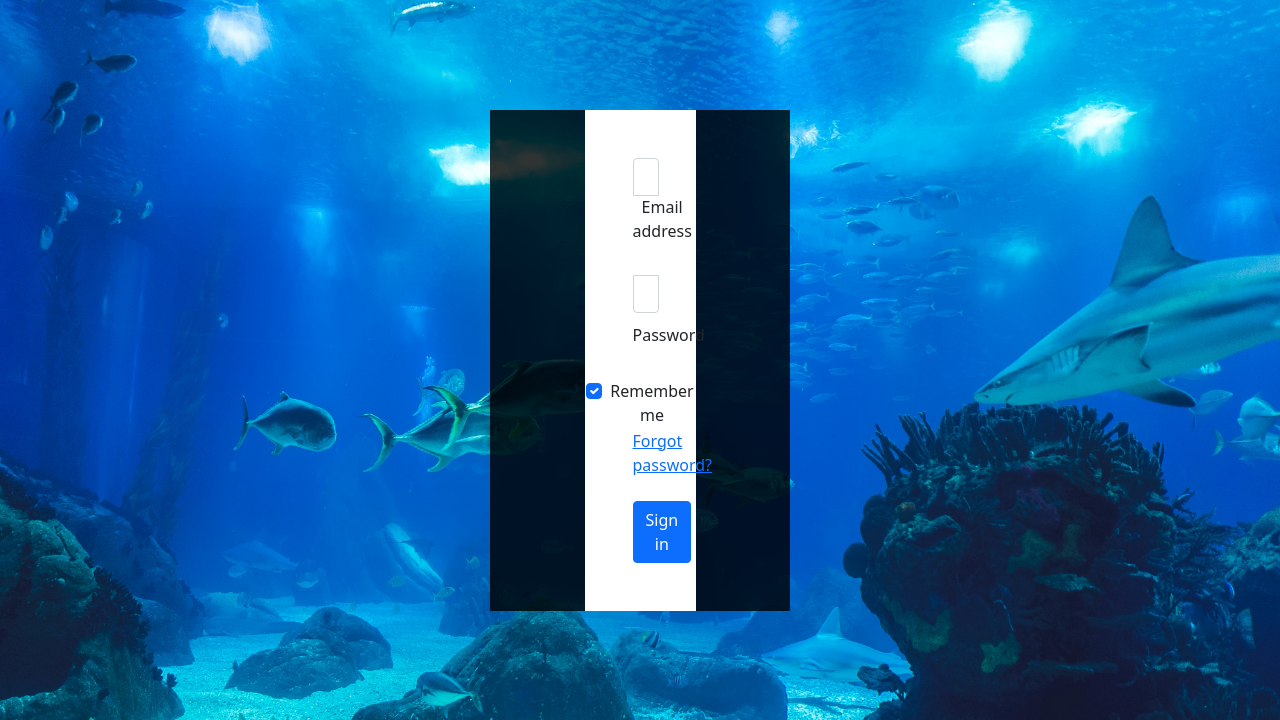
Repository: Elie-Dey/airblio
Page: index.html
These files come from the project's save history. The page is drawn as it stood at one moment and after the next save; the edit follows.
The browser window is 1280 px wide. The pictures show the whole page.

Above is the page before, as saved 2022-03-30 16:30:58.

### index.html
<!DOCTYPE html>
<html lang="en">
  <head>
    <meta charset="utf-8" />
    <meta name="viewport" content="width=device-width, initial-scale=1" />
    <meta name="description" content="" />
    <meta
      name="author"
      content="Mark Otto, Jacob Thornton, and Bootstrap contributors"
    />
    <meta name="generator" content="Hugo 0.84.0" />
    <title>Signin Template · Bootstrap v5.0</title>

    <!-- <link
      rel="canonical"
      href="https://getbootstrap.com/docs/5.0/examples/sign-in/"
    /> -->

    <!-- Bootstrap core CSS -->
    <link
      href="https://cdn.jsdelivr.net/npm/bootstrap@5.1.3/dist/css/bootstrap.min.css"
      rel="stylesheet"
      integrity="sha384-1BmE4kWBq78iYhFldvKuhfTAU6auU8tT94WrHftjDbrCEXSU1oBoqyl2QvZ6jIW3"
      crossorigin="anonymous"
    />

    <style>
      .bd-placeholder-img {
        font-size: 1.125rem;
        text-anchor: middle;
        -webkit-user-select: none;
        -moz-user-select: none;
        user-select: none;
      }

      @media (min-width: 768px) {
        .bd-placeholder-img-lg {
          font-size: 3.5rem;
        }
      }
      body {
        background-image: url('images/indexBackground.jpg');
            height: 100vh"
      }
    </style>

    <!-- Custom styles for this template -->
    <link href="css/connexion.css" rel="stylesheet" />
  </head>
  <body class="text-center">
    <main class="form-signin">
      <!-- <form action="dashboard.html" method="">
        <img
          class="mb-4"
          src="images/logo.png"
          alt=""
          width="200"
          height="200"
        />
        <h1 class="h3 mb-2 fw-bold">THETYS</h1>

        <div class="form-floating">
          <input
            type="email"
            class="form-control"
            id="floatingInput"
            placeholder="name@example.com"
          />
          <label for="floatingInput">Identifiant</label>
        </div>
        <div class="form-floating">
          <input
            type="password"
            class="form-control"
            id="floatingPassword"
            placeholder="Password"
          />
          <label for="floatingPassword">Mot de passe</label>
        </div>

        <button class="w-100 btn btn-lg btn-primary" type="submit">
          Connexion
        </button>

        <p class="mt-5 mb-3 text-muted">Powered By SMART CONSULTING</p>
      </form> -->
      <div id="intro" class="shadow-2-strong">
        <div
          class="mask d-flex align-items-center h-100"
          style="background-color: rgba(0, 0, 0, 0.8)"
        >
          <div class="row justify-content-center">
            <div class="col-xl-5 col-md-8">
              <form class="bg-white rounded-5 shadow-5-strong p-5">
                <!-- Email input -->
                <div class="form-outline mb-4">
                  <input type="email" id="form1Example1" class="form-control" />
                  <label class="form-label" for="form1Example1"
                    >Email address</label
                  >
                </div>

                <!-- Password input -->
                <div class="form-outline mb-4">
                  <input
                    type="password"
                    id="form1Example2"
                    class="form-control"
                  />
                  <label class="form-label" for="form1Example2">Password</label>
                </div>

                <!-- 2 column grid layout for inline styling -->
                <div class="row mb-4">
                  <div class="col d-flex justify-content-center">
                    <!-- Checkbox -->
                    <div class="form-check">
                      <input
                        class="form-check-input"
                        type="checkbox"
                        value=""
                        id="form1Example3"
                        checked
                      />
                      <label class="form-check-label" for="form1Example3">
                        Remember me
                      </label>
                    </div>
                  </div>

                  <div class="col text-center">
                    <!-- Simple link -->
                    <a href="#!">Forgot password?</a>
                  </div>
                </div>

                <!-- Submit button -->
                <button type="submit" class="btn btn-primary btn-block">
                  Sign in
                </button>
              </form>
            </div>
          </div>
        </div>
      </div>
    </main>
  </body>
</html>

### css/connexion.css
html,
body {
  height: 100%;
}

body {
  display: flex;
  align-items: center;
  padding-top: 40px;
  padding-bottom: 40px;

  -webkit-background-size: cover;
  -moz-background-size: cover;
  background-size: cover;
  -o-background-size: cover;
}

.form-signin {
  width: 100%;
  max-width: 330px;
  padding: 15px;
  margin: auto;
}

.form-signin .checkbox {
  font-weight: 400;
}

.form-signin .form-floating:focus-within {
  z-index: 2;
}

.form-signin input[type="email"] {
  margin-bottom: -1px;
  border-bottom-right-radius: 0;
  border-bottom-left-radius: 0;
}

.form-signin input[type="password"] {
  margin-bottom: 10px;
  border-top-left-radius: 0;
  border-top-right-radius: 0;
}

After the next save:
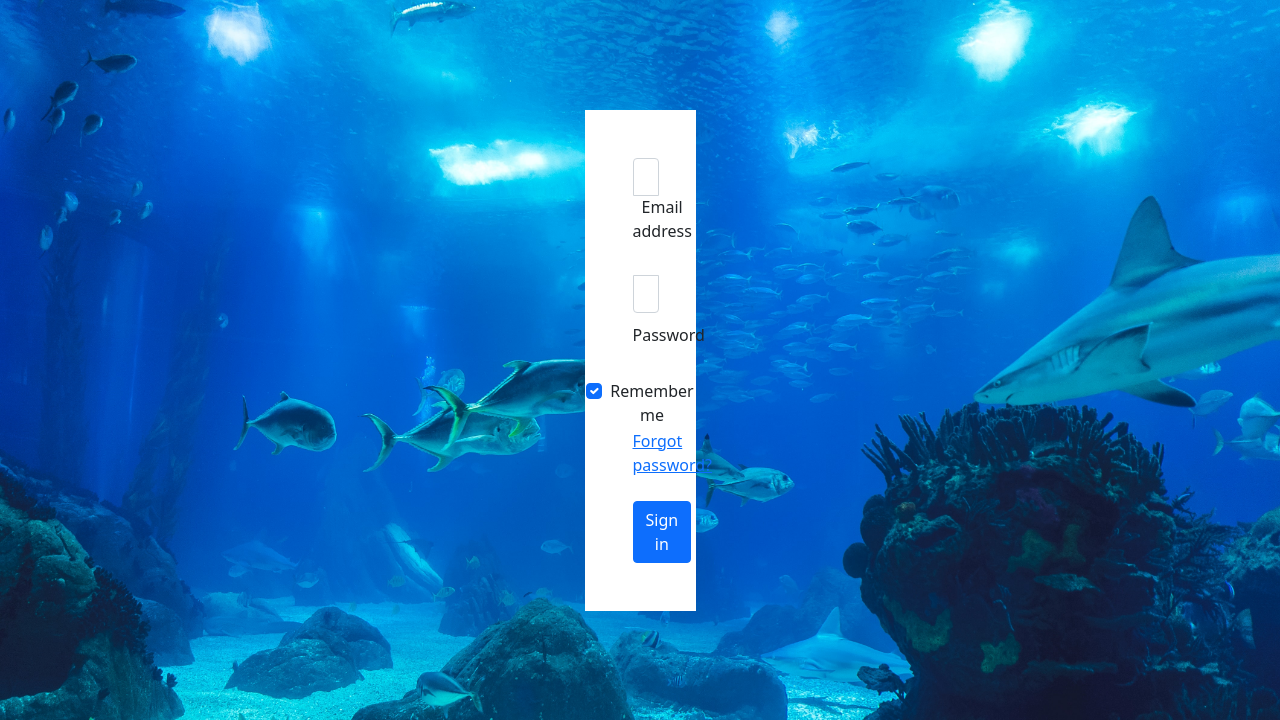
Saved 18 s later.
--- a/index.html
+++ b/index.html
@@ -85,61 +85,56 @@
         <p class="mt-5 mb-3 text-muted">Powered By SMART CONSULTING</p>
       </form> -->
       <div id="intro" class="shadow-2-strong">
-        <div
-          class="mask d-flex align-items-center h-100"
-          style="background-color: rgba(0, 0, 0, 0.8)"
-        >
-          <div class="row justify-content-center">
-            <div class="col-xl-5 col-md-8">
-              <form class="bg-white rounded-5 shadow-5-strong p-5">
-                <!-- Email input -->
-                <div class="form-outline mb-4">
-                  <input type="email" id="form1Example1" class="form-control" />
-                  <label class="form-label" for="form1Example1"
-                    >Email address</label
-                  >
-                </div>
+        <div class="row justify-content-center">
+          <div class="col-xl-5 col-md-8">
+            <form class="bg-white rounded-5 shadow-5-strong p-5">
+              <!-- Email input -->
+              <div class="form-outline mb-4">
+                <input type="email" id="form1Example1" class="form-control" />
+                <label class="form-label" for="form1Example1"
+                  >Email address</label
+                >
+              </div>
 
-                <!-- Password input -->
-                <div class="form-outline mb-4">
-                  <input
-                    type="password"
-                    id="form1Example2"
-                    class="form-control"
-                  />
-                  <label class="form-label" for="form1Example2">Password</label>
-                </div>
+              <!-- Password input -->
+              <div class="form-outline mb-4">
+                <input
+                  type="password"
+                  id="form1Example2"
+                  class="form-control"
+                />
+                <label class="form-label" for="form1Example2">Password</label>
+              </div>
 
-                <!-- 2 column grid layout for inline styling -->
-                <div class="row mb-4">
-                  <div class="col d-flex justify-content-center">
-                    <!-- Checkbox -->
-                    <div class="form-check">
-                      <input
-                        class="form-check-input"
-                        type="checkbox"
-                        value=""
-                        id="form1Example3"
-                        checked
-                      />
-                      <label class="form-check-label" for="form1Example3">
-                        Remember me
-                      </label>
-                    </div>
-                  </div>
-
-                  <div class="col text-center">
-                    <!-- Simple link -->
-                    <a href="#!">Forgot password?</a>
+              <!-- 2 column grid layout for inline styling -->
+              <div class="row mb-4">
+                <div class="col d-flex justify-content-center">
+                  <!-- Checkbox -->
+                  <div class="form-check">
+                    <input
+                      class="form-check-input"
+                      type="checkbox"
+                      value=""
+                      id="form1Example3"
+                      checked
+                    />
+                    <label class="form-check-label" for="form1Example3">
+                      Remember me
+                    </label>
                   </div>
                 </div>
 
-                <!-- Submit button -->
-                <button type="submit" class="btn btn-primary btn-block">
-                  Sign in
-                </button>
-              </form>
-            </div>
+                <div class="col text-center">
+                  <!-- Simple link -->
+                  <a href="#!">Forgot password?</a>
+                </div>
+              </div>
+
+              <!-- Submit button -->
+              <button type="submit" class="btn btn-primary btn-block">
+                Sign in
+              </button>
+            </form>
           </div>
         </div>
       </div>
